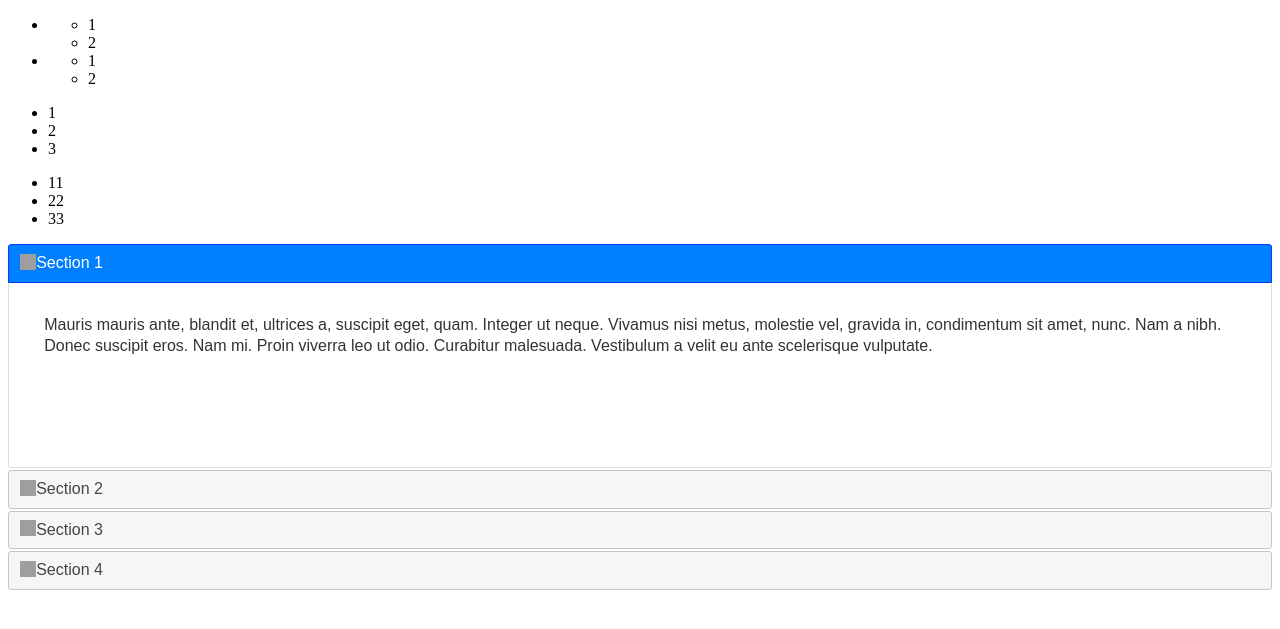
Repository: jwsimhj97/jwork_n
Page: JSPProject/WebContent/03-08/accoExam.html
These files come from the project's save history. The page is drawn as it stood at one moment and after the next save; the edit follows.
The browser window is 1280 px wide. The pictures show the whole page.
Pictures or frames that could not be fetched are drawn as grey boxes.

Above is the page before, as saved 2022-03-08 08:57:33.

After the next save:
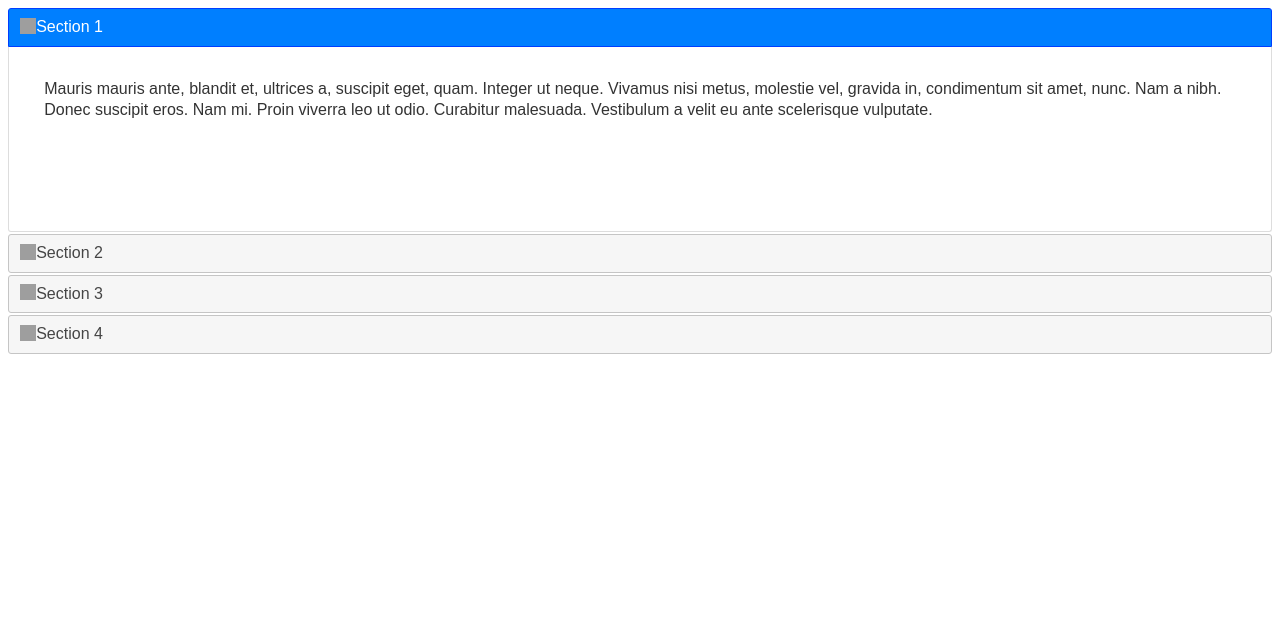
Saved 6 s later.
--- a/JSPProject/WebContent/03-08/accoExam.html
+++ b/JSPProject/WebContent/03-08/accoExam.html
@@ -17,36 +17,6 @@
 </head>
 <body>
 
-<div>
-	<ul>
-		<li>
-			<ul>
-				<li>1</li>
-				<li>2</li>
-			</ul>
-		</li>
-		<li>
-			<ul>
-				<li>1</li>
-				<li>2</li>
-			</ul>
-		</li>
-	</ul>
-</div>
-
-
-<div>
-	<ul>
-		<li>1</li>
-		<li>2</li>
-		<li>3</li>
-	</ul>
-	<ul>
-		<li>11</li>
-		<li>22</li>
-		<li>33</li>
-	</ul>
-</div>
 
 <div id="accordion">
   <h3>Section 1</h3>
